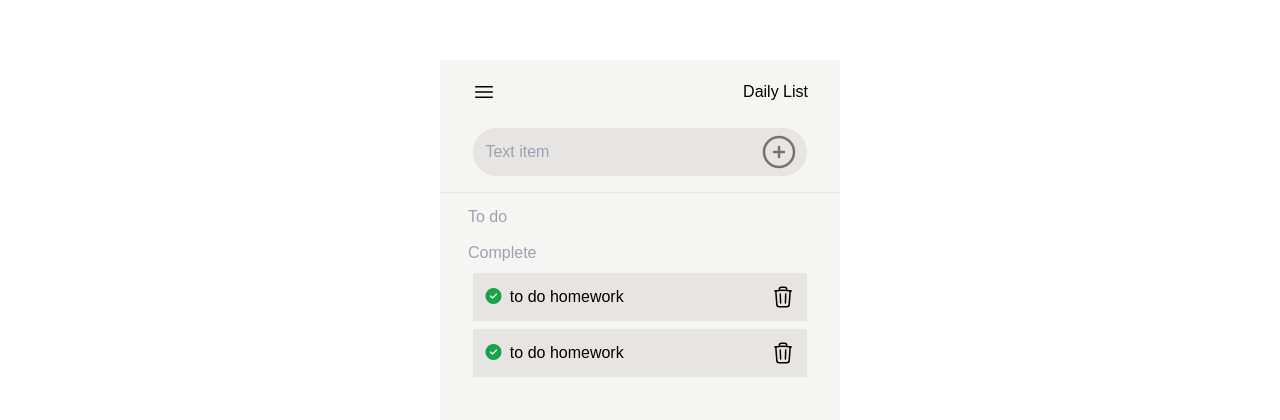
Repository: hsumyatm7308/TodolistbyPHP
Page: http://localhost/
An editor plug-in stored every save of this project. The page is shown before and after the next save, followed by the edit.
The browser window is 1280 px wide. The pictures show the whole page.
Some web libraries are served in a nearby version. The page is run by PHP 8.4 with error messages shown; the project is at /var/www/html/. Queries for data that is not in the repository find no rows.

Above is the page before, as saved 2023-07-09 22:26:55.

### index.php
<!DOCTYPE html>
<html lang="en">

<head>
    <meta charset="UTF-8">
    <meta name="viewport" content="width=device-width, initial-scale=1.0">
    <title>To Do List</title>
    <link rel="stylesheet" href="https://cdnjs.cloudflare.com/ajax/libs/font-awesome/6.4.0/css/all.min.css">
    <script src="https://cdn.tailwindcss.com"></script>

    <style>
        * {
            font-family: sans-serif;
        }
    </style>

</head>

<body>
    <div class="w-screen h-screen container flex justify-center items-center">
        <div class="w-[400px] h-[600px] bg-stone-100">
            <!-- header nav  -->
            <div class="w-full h-14 flex justify-between items-center p-8">
                <div>
                    <svg xmlns="http://www.w3.org/2000/svg" fill="none" viewBox="0 0 24 24" stroke-width="1.5"
                        stroke="currentColor" class="w-6 h-6">
                        <path stroke-linecap="round" stroke-linejoin="round"
                            d="M3.75 6.75h16.5M3.75 12h16.5m-16.5 5.25h16.5" />
                    </svg>

                </div>
                <div>
                    <h4> Daily List</h4>
                </div>
            </div>


            <div class="w-full h-auto bg-stone-800">

            </div>

            <?php

            include ("create.php");
            include("updatetodo.php");
            include("complete.php");

            ?>





        </div>
    </div>
</body>

</html>

### create.php
<?php
session_start();
ini_set('display_errors', 1);

require_once("database.php");

if ($_SERVER['REQUEST_METHOD'] === 'POST') {
    global $conn;

    $getdata = $_POST['textbox'];


    try {
        $stmt = $conn->prepare("INSERT INTO todolist (task) VALUES ( :task)");


        $task = $getdata;


        $stmt->bindParam(':task', $task);

        $stmt->execute();
    } catch (Exception $e) {
        echo "Error Found: " . $e->getMessage();
    }
}


?>





<!-- to do form  -->
<form action="" method="post" enctype="multipart/form-data">


    <div class="w-full h-auto flex justify-center items-center p-1">
        <div class="w-[85%] h-auto bg-stone-200 flex justify-between items-center rounded-3xl">
            <input type="text" name="textbox"
                class="w-[85%] bg-stone-200 rounded-tl-3xl rounded-bl-3xl p-3 focus:outline-none"
                placeholder="Text item">

            <button type="submit" name="submit" class="">
                <svg xmlns="http://www.w3.org/2000/svg" fill="none" viewBox="0 0 24 24" stroke-width="1.5"
                    stroke="currentColor" class="w-10 h-10 mr-2 text-stone-500 hover:text-stone-600">
                    <path stroke-linecap="round" stroke-linejoin="round"
                        d="M12 9v6m3-3H9m12 0a9 9 0 11-18 0 9 9 0 0118 0z" />
                </svg>
            </button>
        </div>

    </div>
    <hr class="mt-3">
</form>

### database.php
<?php

$dbhost = 'localhost';
$dbuser = 'root';
$dbpass = '';
$dbname = 'hmmdb';


try{

    $conn = new PDO("mysql:host=$dbhost;dbname=$dbname", $dbuser, $dbpass);
    $conn->setAttribute(PDO::ATTR_ERRMODE, PDO::ERRMODE_EXCEPTION);

    // echo "Connection successful";


}catch(Exception $e){
    "Error Found:".$e->getMessage();
}




?>

### updatetodo.php
<?php

// session_start();
ini_set('display_errors', 1);

require_once("database.php");
require_once("create.php");

try {

    global $conn;

    $stmt = $conn->prepare("SELECT id,task FROM todolist");
    $stmt->execute();



} catch (Exception $e) {
    "Found Error : " . $e->getMessage();
}

?>








<!-- update to do  -->
<form action="" method="post" class="mt-3" enctype="multipart/form-data">
    <h3 class="text-gray-400 ml-7 mb-1">To do</h3>


    <?php while ($row = $stmt->fetch()): ?>

        <div name="taskitems" class="w-full h-auto flex justify-center items-center p-1">


            <div class="w-[85%] h-auto bg-stone-200 flex justify-between items-center p-3">
                <span>
                    <i class="fa-regular fa-circle-check"></i>
                    <span class="ml-1">
                        <?php echo $row['task'] ?>
                    </span>
                </span>

                <div>
                    <svg xmlns="http://www.w3.org/2000/svg" fill="none" viewBox="0 0 24 24" stroke-width="1.5"
                        stroke="currentColor" class="w-6 h-6">
                        <path stroke-linecap="round" stroke-linejoin="round"
                            d="M16.862 4.487l1.687-1.688a1.875 1.875 0 112.652 2.652L10.582 16.07a4.5 4.5 0 01-1.897 1.13L6 18l.8-2.685a4.5 4.5 0 011.13-1.897l8.932-8.931zm0 0L19.5 7.125M18 14v4.75A2.25 2.25 0 0115.75 21H5.25A2.25 2.25 0 013 18.75V8.25A2.25 2.25 0 015.25 6H10" />
                    </svg>
                </div>
            </div>



        </div>

    <?php endwhile; ?>







</form>

### complete.php
      <!-- complete work -->
      <form action="" method="post" class="mt-3" enctype="multipart/form-data">
                <h3 class="text-gray-400 ml-7 mb-1">Complete</h3>

                <div class="w-full h-auto flex justify-center items-center p-1">


                    <div class="w-[85%] h-auto bg-stone-200 flex justify-between items-center p-3">

                        <span>
                            <i class="fa-solid fa-circle-check text-green-600"></i>
                            <span class="ml-1">to do homework</span>
                        </span>

                        <div>
                            <svg xmlns="http://www.w3.org/2000/svg" fill="none" viewBox="0 0 24 24" stroke-width="1.5"
                                stroke="currentColor" class="w-6 h-6">
                                <path stroke-linecap="round" stroke-linejoin="round"
                                    d="M14.74 9l-.346 9m-4.788 0L9.26 9m9.968-3.21c.342.052.682.107 1.022.166m-1.022-.165L18.16 19.673a2.25 2.25 0 01-2.244 2.077H8.084a2.25 2.25 0 01-2.244-2.077L4.772 5.79m14.456 0a48.108 48.108 0 00-3.478-.397m-12 .562c.34-.059.68-.114 1.022-.165m0 0a48.11 48.11 0 013.478-.397m7.5 0v-.916c0-1.18-.91-2.164-2.09-2.201a51.964 51.964 0 00-3.32 0c-1.18.037-2.09 1.022-2.09 2.201v.916m7.5 0a48.667 48.667 0 00-7.5 0" />
                            </svg>

                        </div>

                    </div>



                </div>

                <div class="w-full h-auto flex justify-center items-center p-1">

                    <div class="w-[85%] h-auto bg-stone-200 flex justify-between items-center p-3">

                        <span>
                            <i class="fa-solid fa-circle-check text-green-600"></i>
                            <span class="ml-1">to do homework</span>
                        </span>

                        <div>
                            <svg xmlns="http://www.w3.org/2000/svg" fill="none" viewBox="0 0 24 24" stroke-width="1.5"
                                stroke="currentColor" class="w-6 h-6">
                                <path stroke-linecap="round" stroke-linejoin="round"
                                    d="M14.74 9l-.346 9m-4.788 0L9.26 9m9.968-3.21c.342.052.682.107 1.022.166m-1.022-.165L18.16 19.673a2.25 2.25 0 01-2.244 2.077H8.084a2.25 2.25 0 01-2.244-2.077L4.772 5.79m14.456 0a48.108 48.108 0 00-3.478-.397m-12 .562c.34-.059.68-.114 1.022-.165m0 0a48.11 48.11 0 013.478-.397m7.5 0v-.916c0-1.18-.91-2.164-2.09-2.201a51.964 51.964 0 00-3.32 0c-1.18.037-2.09 1.022-2.09 2.201v.916m7.5 0a48.667 48.667 0 00-7.5 0" />
                            </svg>


                        </div>

                    </div>



                </div>
            </form>

After the next save:
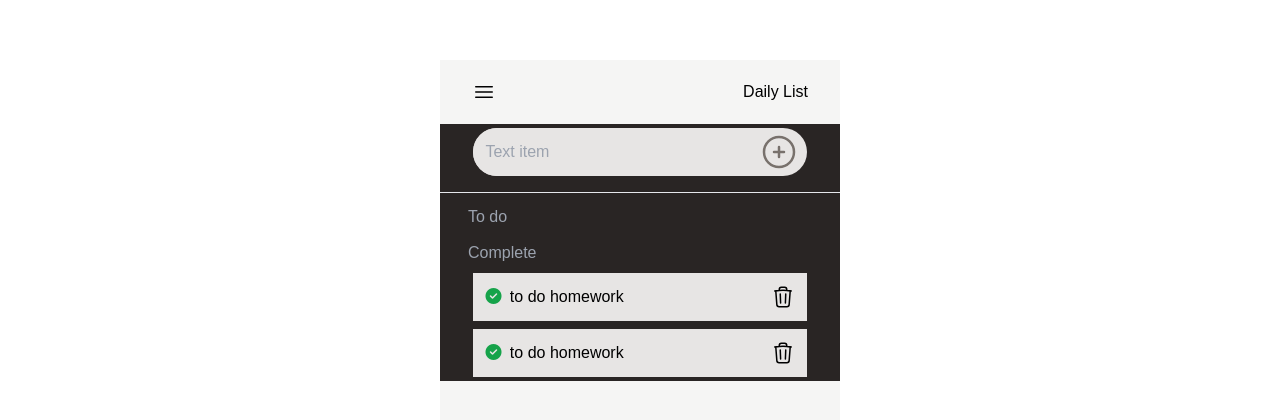
Saved 16 s later.
--- a/index.php
+++ b/index.php
@@ -37,15 +37,16 @@
 
             <div class="w-full h-auto bg-stone-800">
 
+            <?php
+
+include ("create.php");
+include("updatetodo.php");
+include("complete.php");
+
+?>
             </div>
 
-            <?php
 
-            include ("create.php");
-            include("updatetodo.php");
-            include("complete.php");
-
-            ?>
 
 
 
